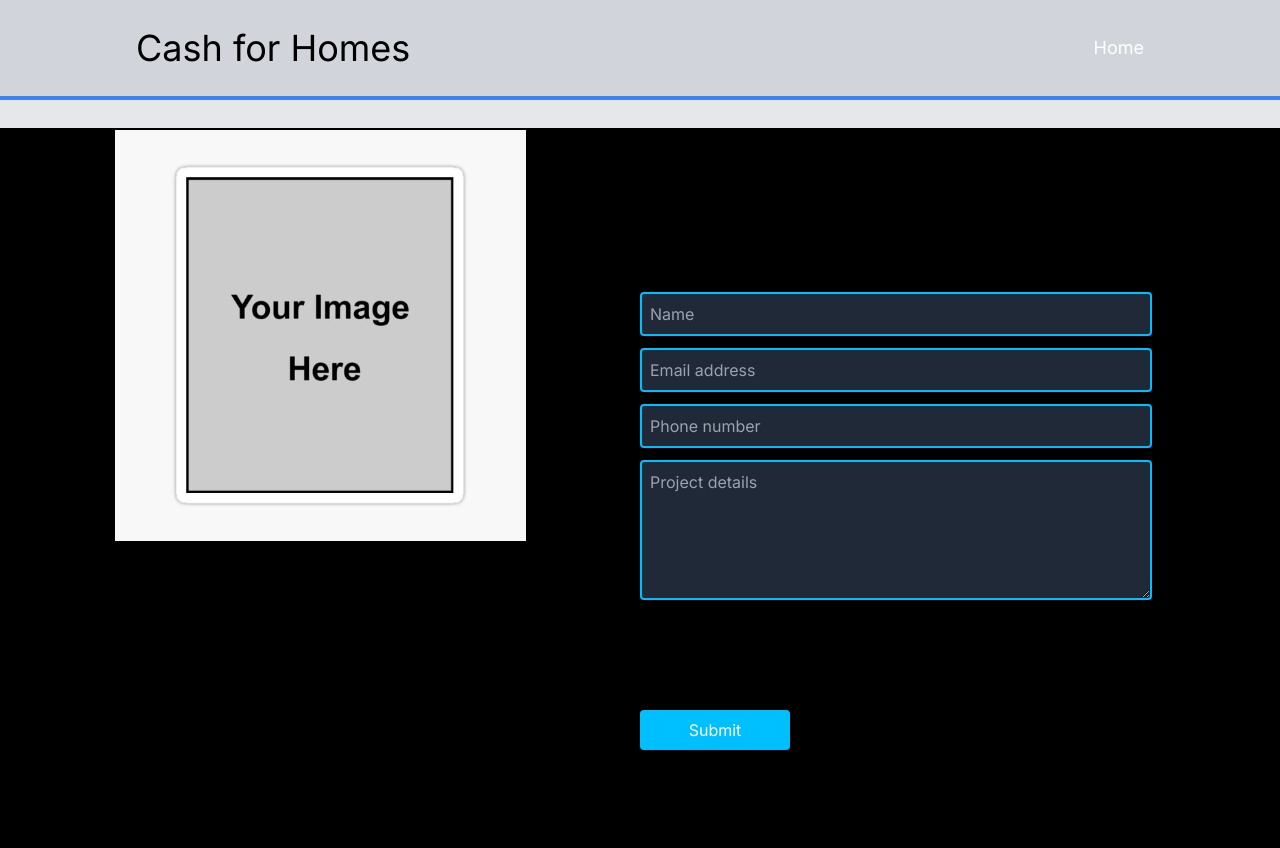
Repository: TMuse333/cash-for-homes
Page: /jv-partners (app in frontend/)
These files come from the project's save history. The page is drawn as it stood at one moment and after the next save; the edit follows.
The browser window is 1280 px wide. The pictures show the whole page.
The project was rebuilt for these pictures with package versions that can differ from the ones it lists, and the page was loaded fresh each time. The framework's server and built-in components were replaced by stand-ins that run in the browser. Also part of the build but not shown: frontend/next.config.mjs.

Above is the page before, as saved 2024-08-03 17:27:02.

After the next save:
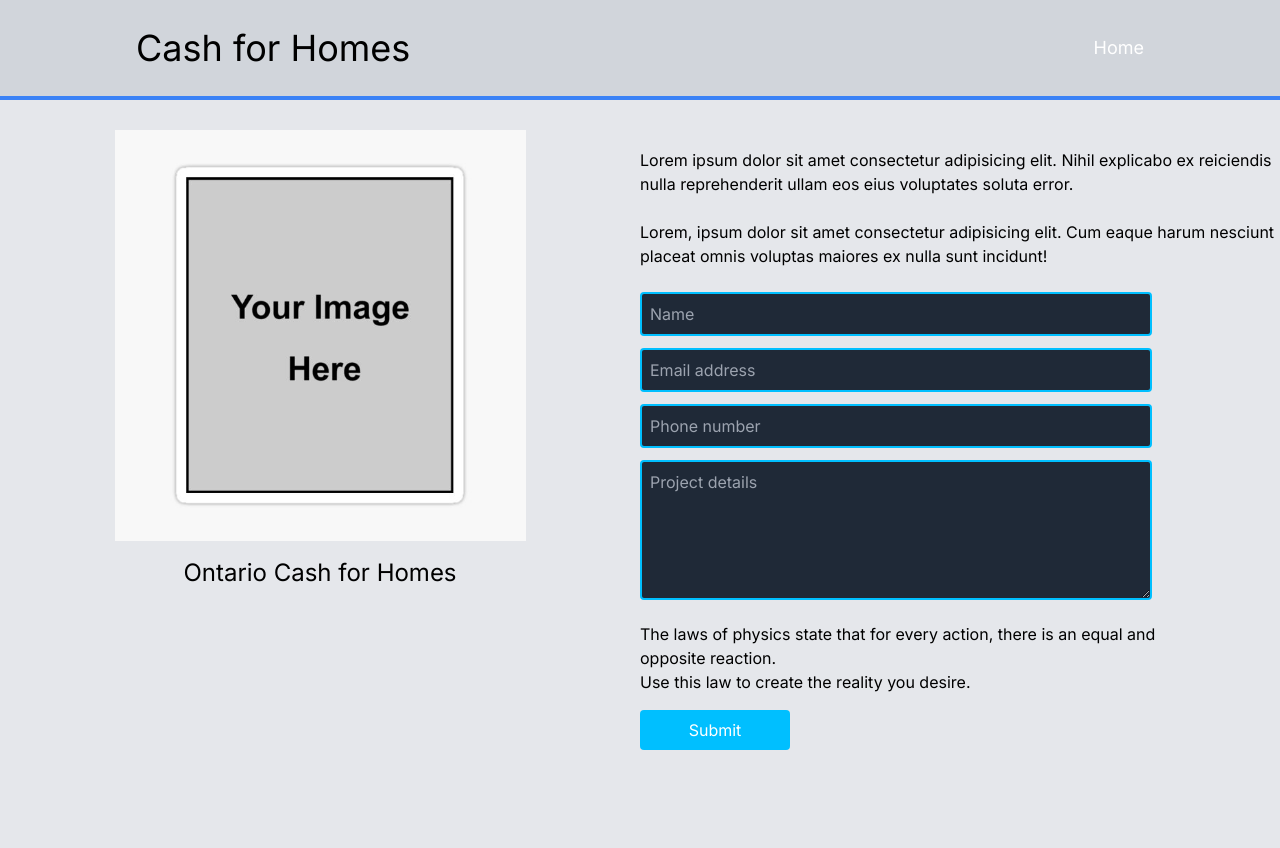
Saved 9 s later.
--- a/frontend/src/app/jv-partners/page.tsx
+++ b/frontend/src/app/jv-partners/page.tsx
@@ -17,7 +17,7 @@ const ContactPage = () => {
     <Navbar links={links}
     />
     <main className="w-screen overflow-x-hidden
-    mt-[8rem] bg-black h-screen">
+    mt-[8rem] bg-gray-200 h-screen">
         <ContactForm/>
     </main>
     </>
